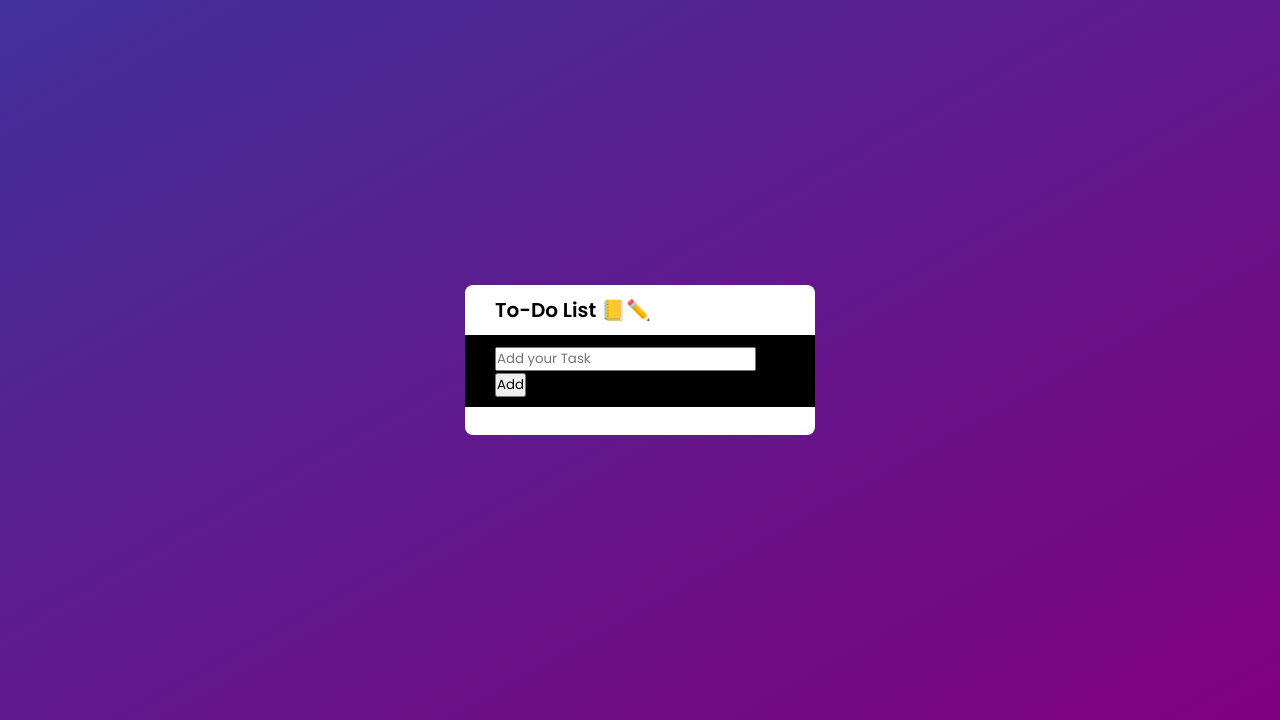
Repository: Ankitkr2021/To-Do-List
Page: index.html
An editor plug-in stored every save of this project. The page is shown before and after the next save, followed by the edit.
The browser window is 1280 px wide. The pictures show the whole page.

Above is the page before, as saved 2025-10-03 10:05:33.

After the next save:
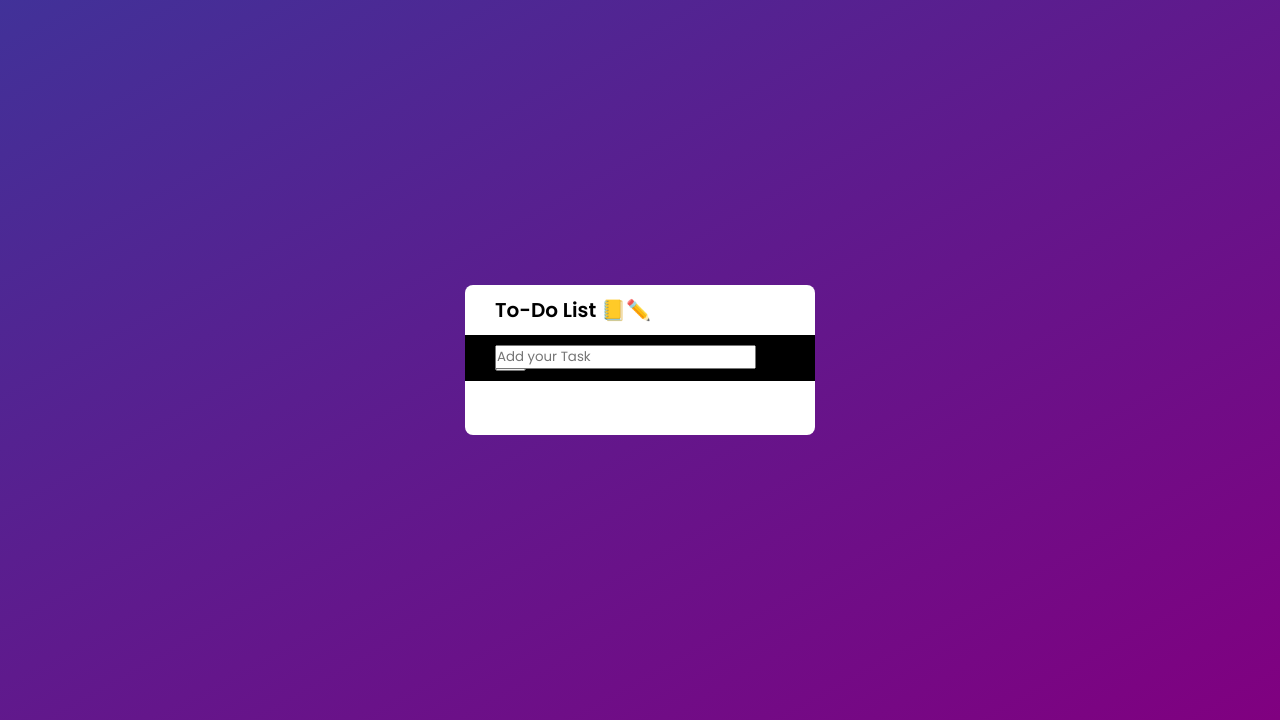
Saved 16 s later.
--- a/style.css
+++ b/style.css
@@ -35,3 +35,8 @@ body{
     padding: 10px 30px;
     position: relative;
 }
+
+.task input {
+    content: "";
+    position: absolute;
+}
